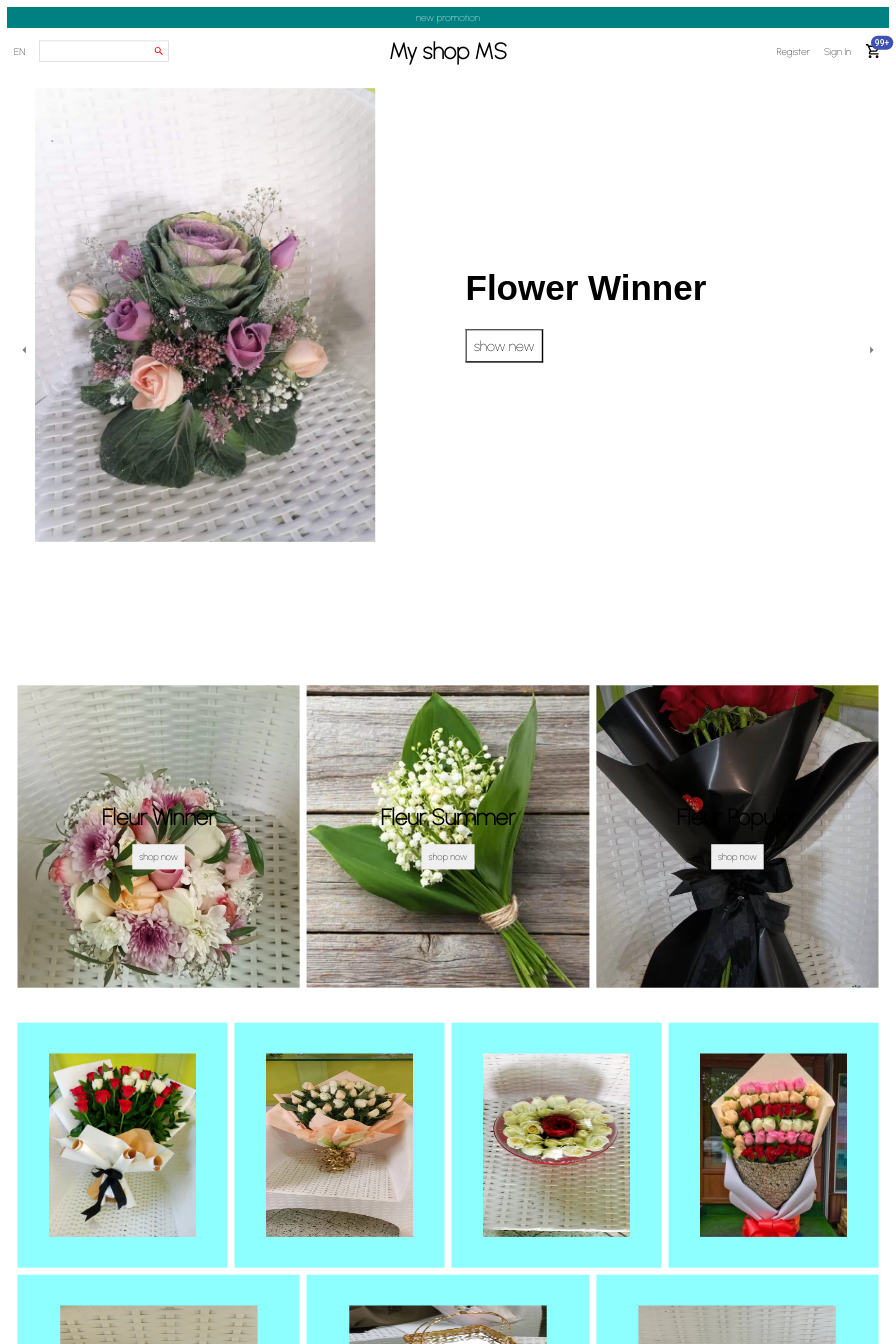
Repository: jarraymassaoud/react-web
Page: /
These files come from the project's save history. The page is drawn as it stood at one moment and after the next save; the edit follows.
The browser window is 1280 px wide. The pictures show the part of the page from y = 0 to 1920 px (the page is 2807 px tall), at 70% of full size.
The project was rebuilt for these pictures with package versions that can differ from the ones it lists, and the page was loaded fresh each time. Also part of the build but not shown: src/pages/Cart.jsx, src/pages/Login.jsx, src/pages/Bunch.jsx.

Above is the page before, as saved 2022-06-01 08:23:46.

After the next save:
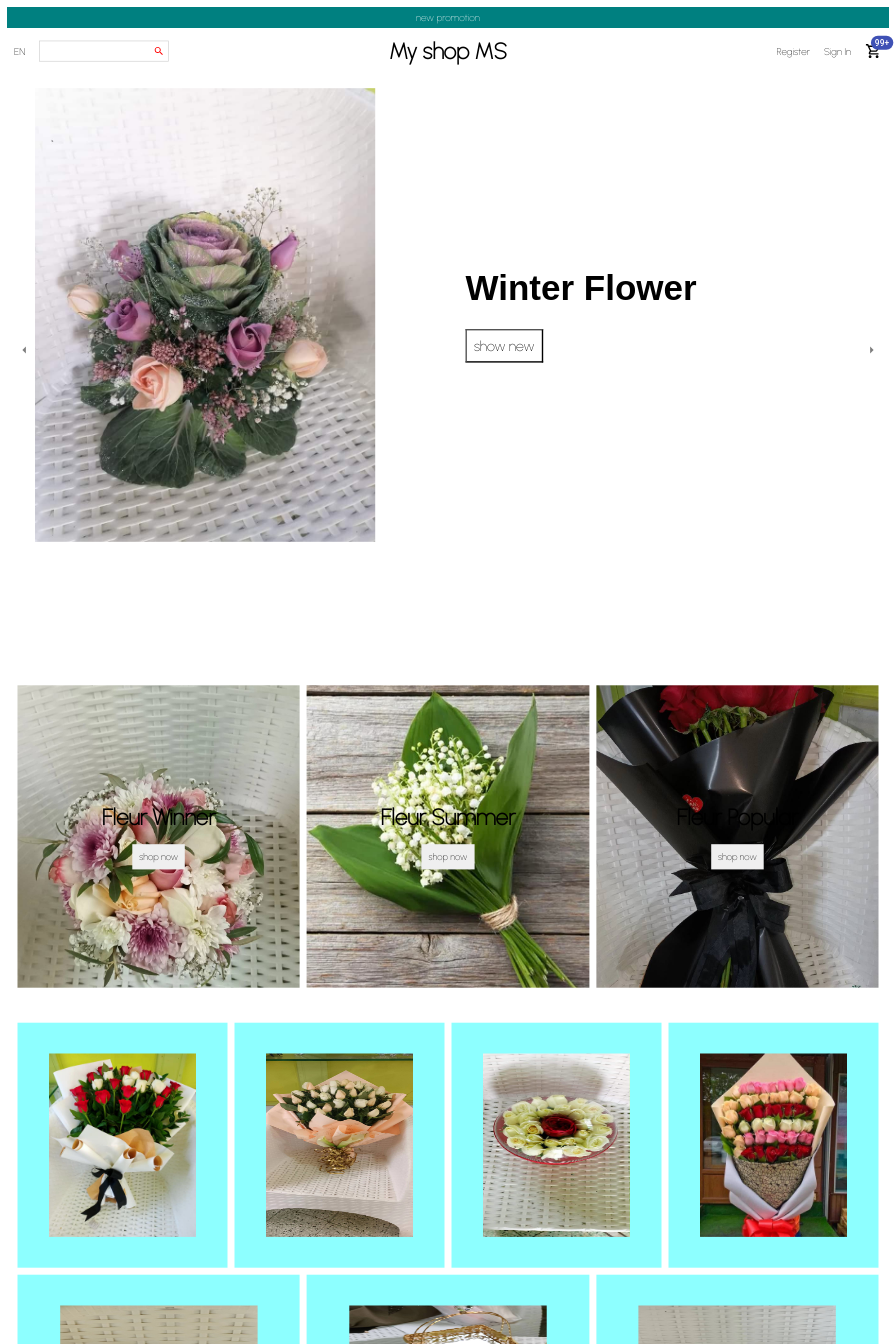
Saved 3 min 23 s later.
--- a/src/data.js
+++ b/src/data.js
@@ -2,7 +2,7 @@ export const sliderItems = [
   {
     id: 1,
     img: "images/img1.jpg",
-    title: "Flower Winner",
+    title: "Winter Flower ",
     desc: "",
     bg: "fcf1ed",
   },
@@ -10,14 +10,14 @@ export const sliderItems = [
   {
     id: 2,
     img: "images/img25.jpg",
-    title: "Flower Summer",
+    title: "Popular Flower ",
     desc: "",
     bg: "f5fafd",
   },
   {
     id: 3,
     img: "images/img20.jpg",
-    title: "Flower Popular",
+    title: " Spring Flower ",
     desc: "",
     bg: "fbf0f4",
   },
